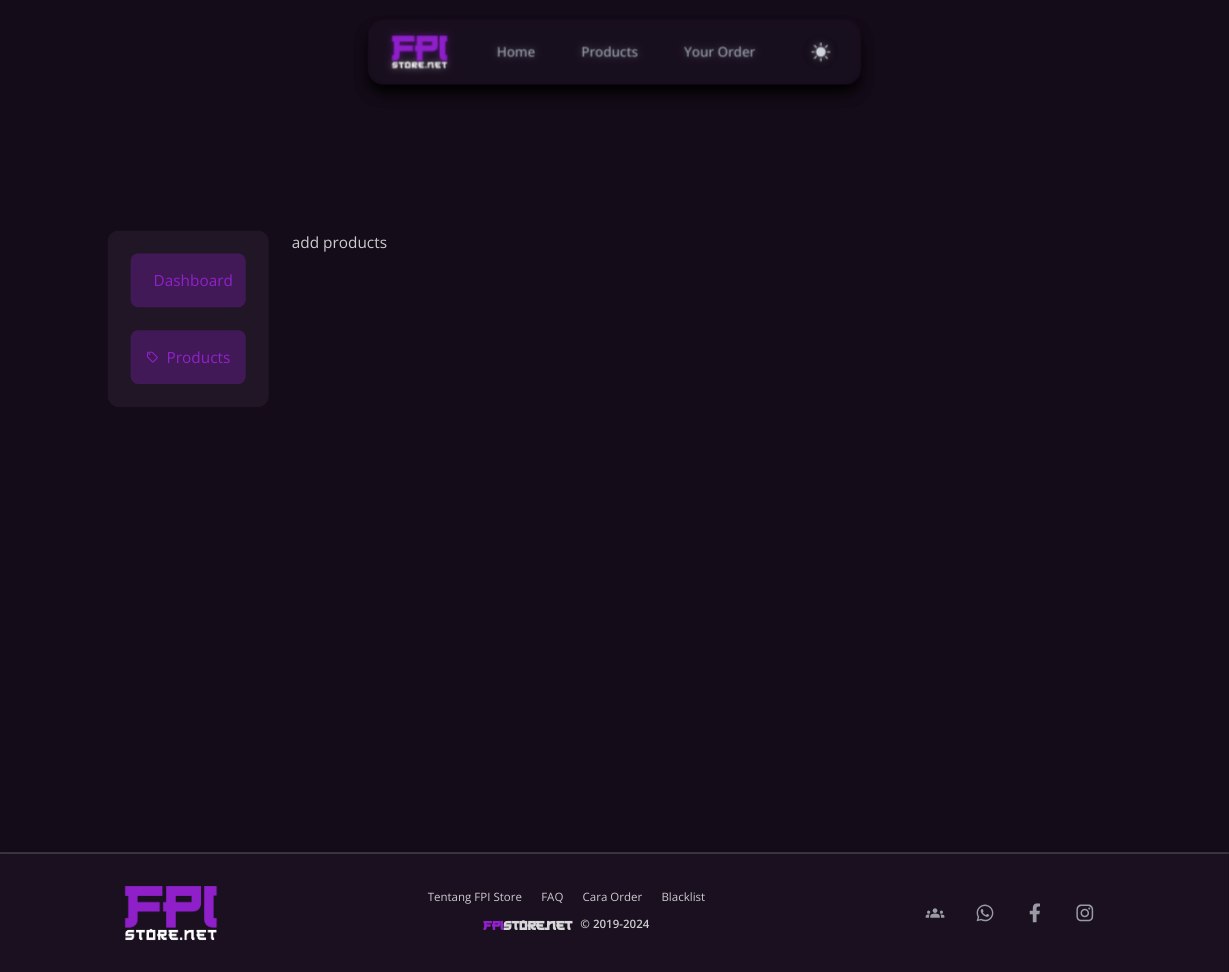
Repository: rezzadtyp/fpistore.net
Page: /dashboard/add-products
These files come from the project's save history. The page is drawn as it stood at one moment and after the next save; the edit follows.
The browser window is 1280 px wide. The pictures show the whole page, at 96% of full size.
The project was rebuilt for these pictures with package versions that can differ from the ones it lists, and the page was loaded fresh each time. The framework's server and built-in components were replaced by stand-ins that run in the browser. Also part of the build but not shown: next.config.mjs, components/shared/Loading.tsx.

Above is the page before, as saved 2024-08-16 02:47:59.

After the next save:
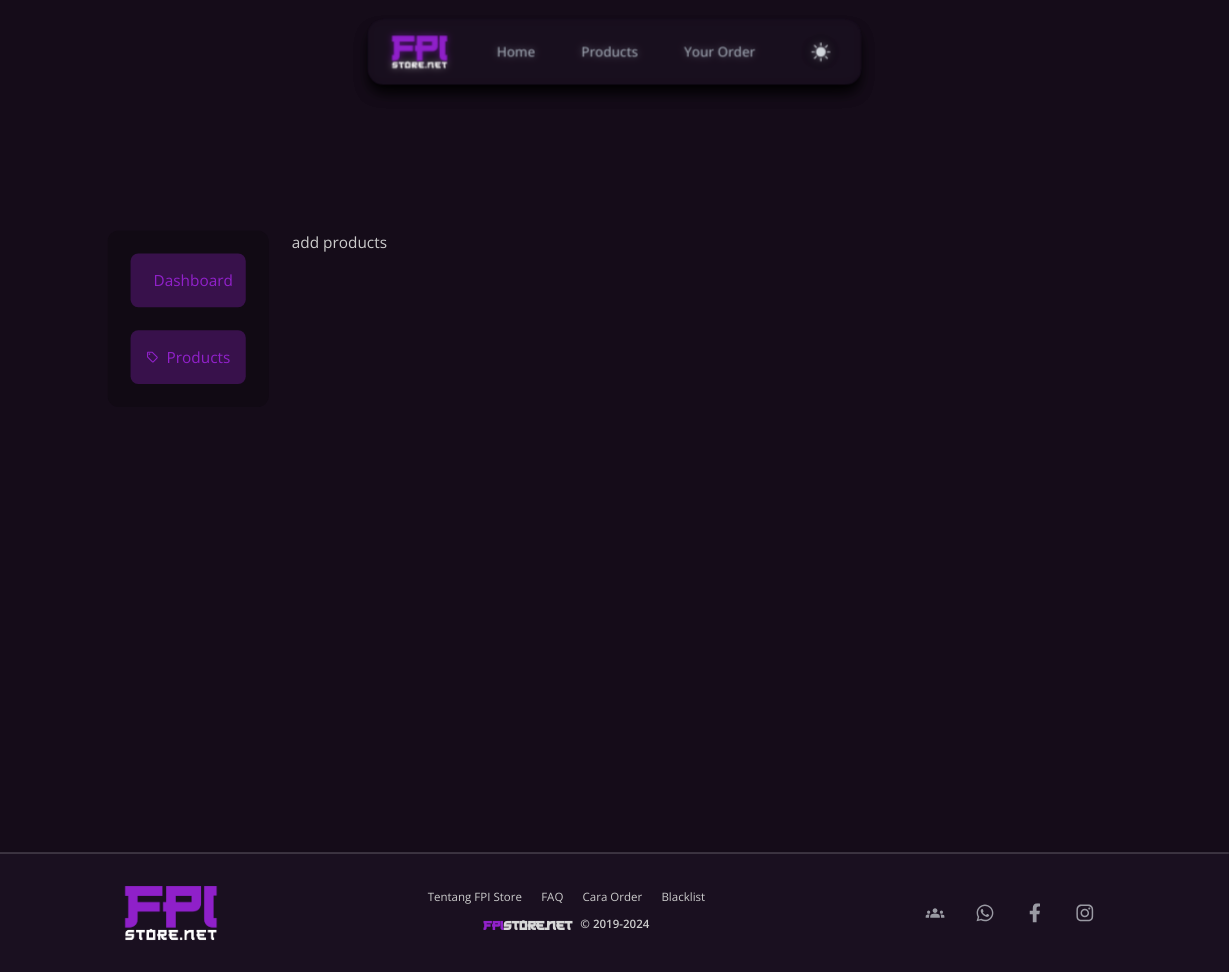
Saved 13 s later.
--- a/app/(root)/dashboard/layout.tsx
+++ b/app/(root)/dashboard/layout.tsx
@@ -10,7 +10,7 @@
     <main className='relative '>
       <Navbar />
       <section className='flex min-h-screen justify-between flex-1 gap-6 px-6 pb-6 md:pt-10 lg:pt-24 max-md:pb-14 sm:px-14'>
-        <section className='custom-scrollbar bg-white dark:bg-dark-500 light-border rounded-xl sticky h-fit lg:left-0 lg:top-4 flex w-fit md:flex-col justify-between overflow-y-auto p-6 shadow-black/20 shadow-xl dark:shadow-none lg:w-fit'>
+        <section className='custom-scrollbar bg-white dark:bg-dark-800 light-border rounded-xl sticky h-fit lg:left-0 lg:top-4 flex w-fit md:flex-col justify-between overflow-y-auto p-6 shadow-black/20 shadow-xl dark:shadow-none lg:w-fit'>
           <div className='flex flex-1 flex-col max-sm:flex-row gap-6 '>
             {/* masih static */}
             <button

After the save that followed:
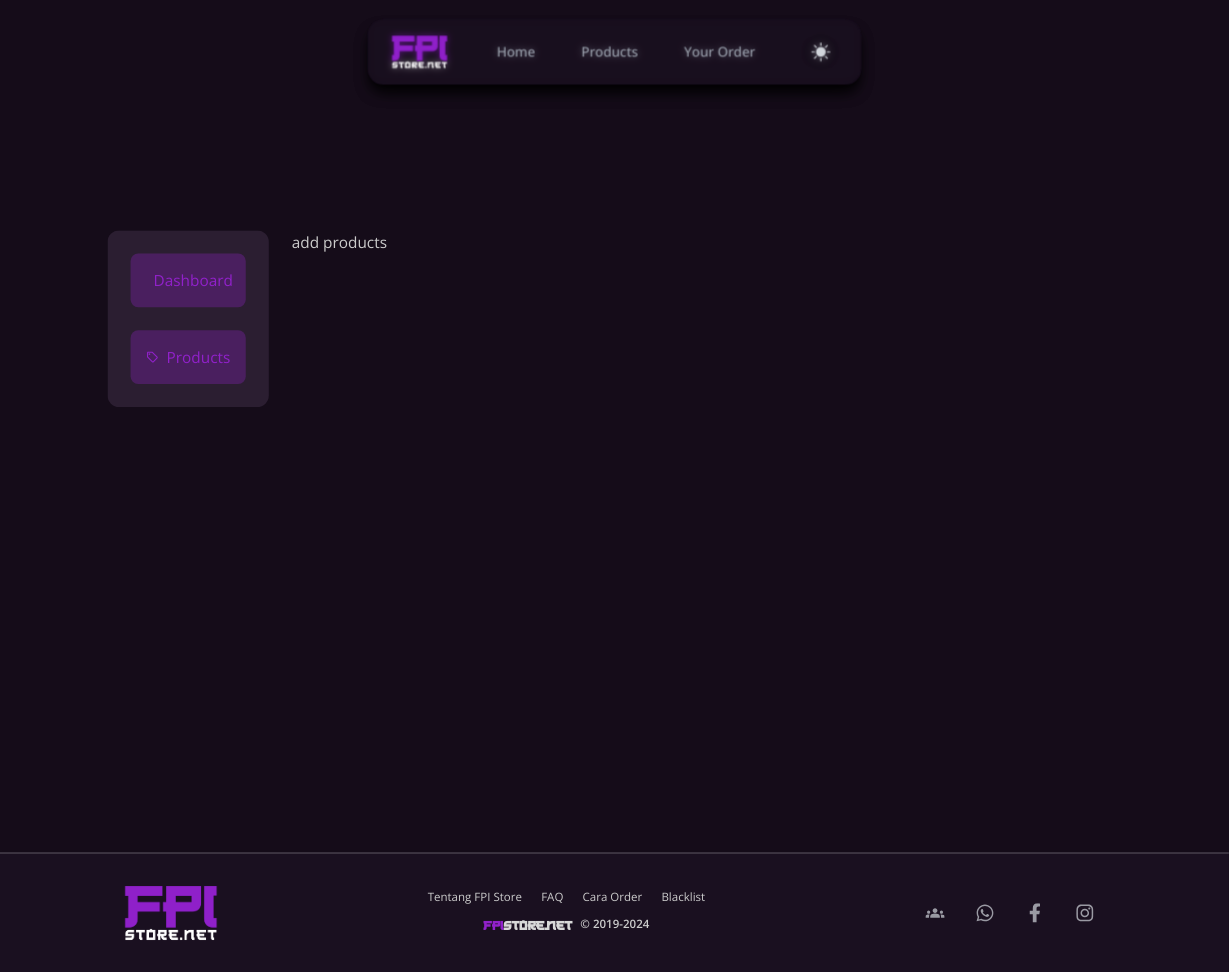
Saved 4 s later.
--- a/app/(root)/dashboard/layout.tsx
+++ b/app/(root)/dashboard/layout.tsx
@@ -10,7 +10,7 @@
     <main className='relative '>
       <Navbar />
       <section className='flex min-h-screen justify-between flex-1 gap-6 px-6 pb-6 md:pt-10 lg:pt-24 max-md:pb-14 sm:px-14'>
-        <section className='custom-scrollbar bg-white dark:bg-dark-800 light-border rounded-xl sticky h-fit lg:left-0 lg:top-4 flex w-fit md:flex-col justify-between overflow-y-auto p-6 shadow-black/20 shadow-xl dark:shadow-none lg:w-fit'>
+        <section className='custom-scrollbar bg-white dark:bg-dark-300 light-border rounded-xl sticky h-fit lg:left-0 lg:top-4 flex w-fit md:flex-col justify-between overflow-y-auto p-6 shadow-black/20 shadow-xl dark:shadow-none lg:w-fit'>
           <div className='flex flex-1 flex-col max-sm:flex-row gap-6 '>
             {/* masih static */}
             <button
